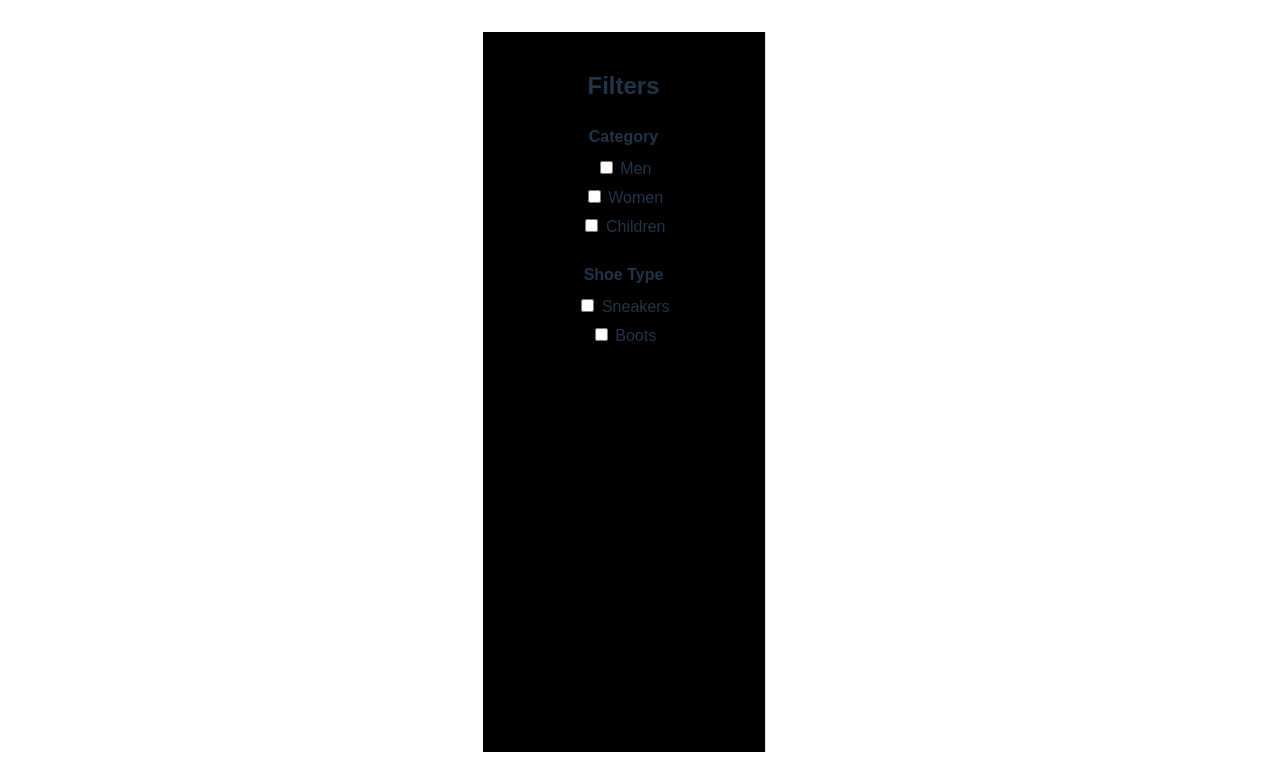
Repository: EphrahimLaanyu123/fashi_onfeet
Page: /shop
These files come from the project's save history. The page is drawn as it stood at one moment and after the next save; the edit follows.
The browser window is 1280 px wide. The pictures show the whole page.
The project was rebuilt for these pictures with package versions that can differ from the ones it lists, and the page was loaded fresh each time. Also part of the build but not shown: vite.config.js, src/Home/Home.jsx, src/Home/components/Products.css, src/Home/components/Products.jsx, src/Shop/components/supabaseClient.js, src/Shop/components/AddForm.css, src/Shop/components/AddProductForm.jsx.

Above is the page before, as saved 2025-04-18 11:07:01.

After the next save:
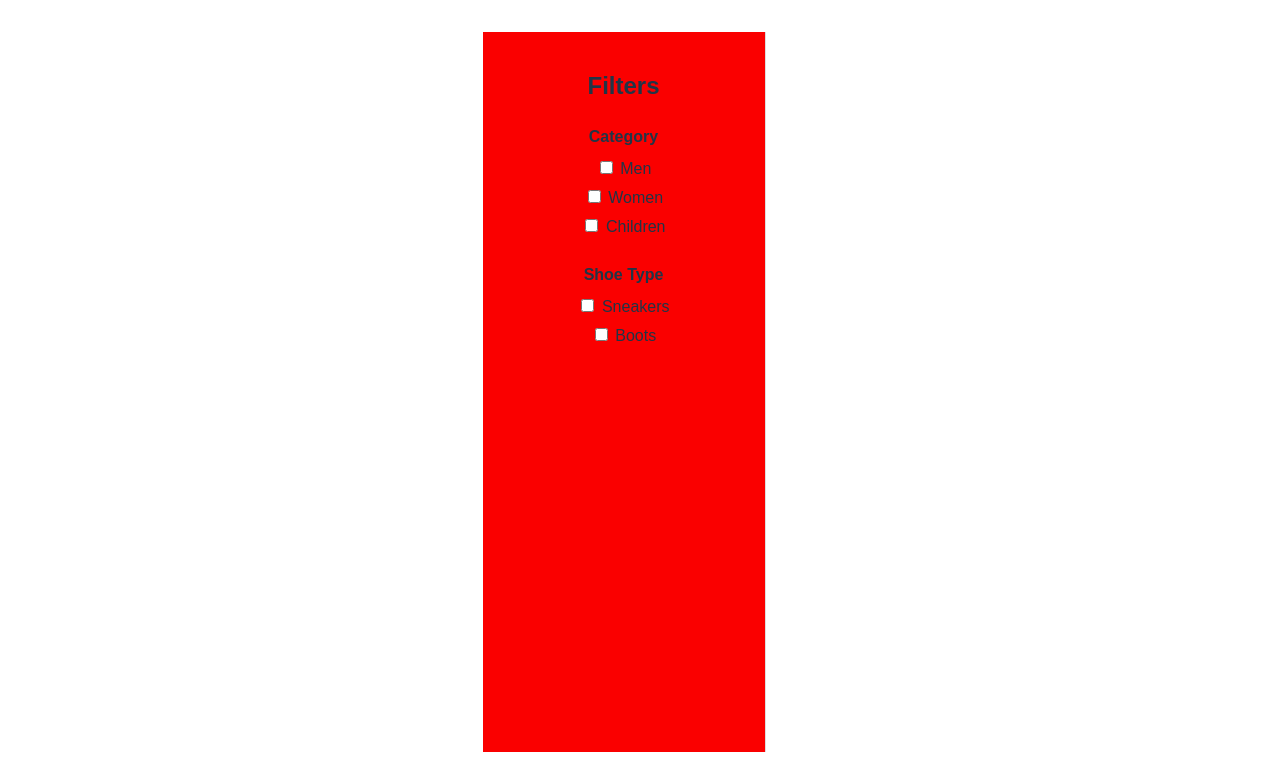
Saved 9 s later.
--- a/src/Shop/Shop.css
+++ b/src/Shop/Shop.css
@@ -5,7 +5,7 @@
 
   .shop-sidebar {
     width: 250px;
-    background-color: #000000;
+    background-color: #fa0000;
     padding: 1rem;
     border-right: 1px solid #ddd;
   }
